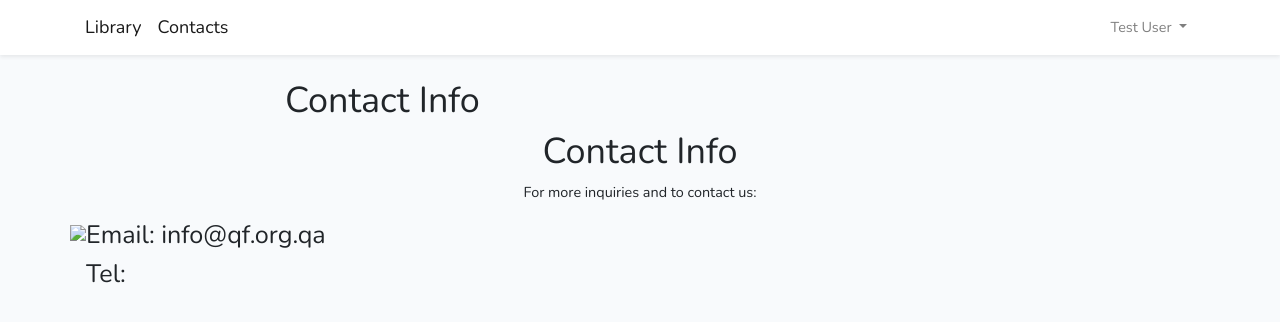
Repository: laravel-sys/groupOne
Page: http://localhost/contacts
The author's editor kept a copy of each file at every save. The page is drawn from the files as they stood at one save, then again after a run of saves.
The browser window is 1280 px wide. The pictures show the whole page.
The page is served by the project's Laravel application, run on PHP 8.4 with Laravel 8. A made-up administrator, Test User (test@example.com), is signed in. Style sheets and scripts are compiled from the project's sources, by tool versions that may differ from the author's. Queries for data that is not in the repository find no rows.

Above is the page before, as saved 2021-03-26 23:02:28.

After the next 2 saves:
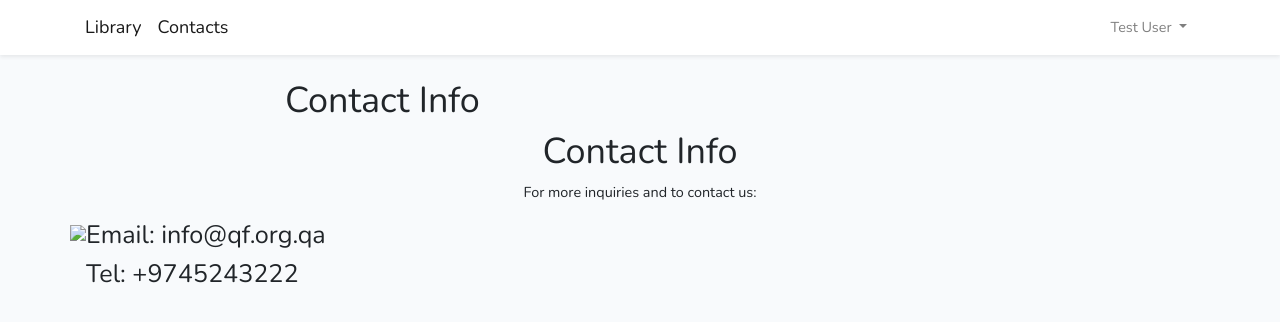
The 2 saves are shown as one change because they came seconds apart.
The last was saved 9 s later.
--- a/resources/views/index.blade.php
+++ b/resources/views/index.blade.php
@@ -31,7 +31,7 @@
                 </div>
                 <div class="column">
                         <h3>Email: info@qf.org.qa</h3>
-                        <h3>Tel: </h3>
+                        <h3>Tel: +9745243222</h3>
                 </div>
               </div>
             </div>
